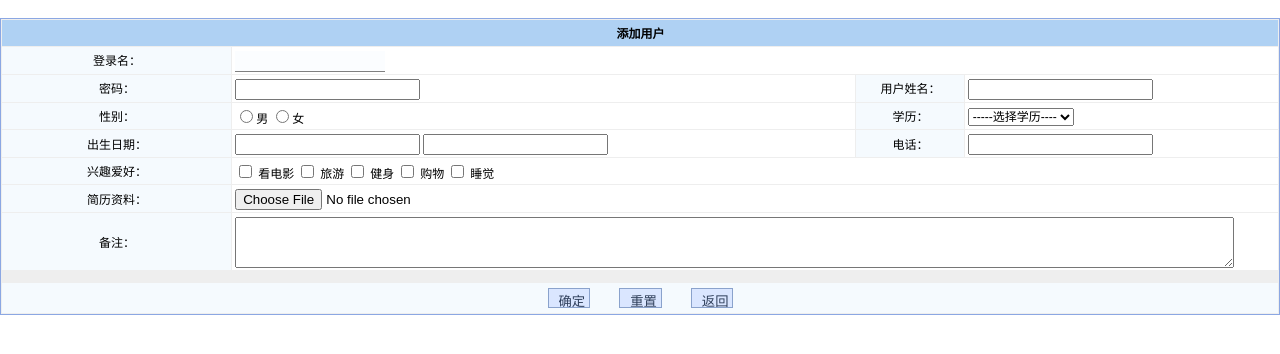
Repository: hermione-20/MyGitProjectRemote
Page: http://localhost/day28_01struts2final/user/add.jsp
These files come from the project's save history. The page is drawn as it stood at one moment and after the next save; the edit follows.
The browser window is 1280 px wide. The pictures show the whole page.
The page is served by Tomcat 9. Other server files are loaded and not shown.

Above is the page before, as saved 2020-05-13 01:01:29.

### day28_01struts2final/WebContent/user/add.jsp
<%@ page language="java" pageEncoding="UTF-8"%>
<%@taglib uri="/struts-tags" prefix="s" %>
<HTML>
	<HEAD>
		<meta http-equiv="Content-Language" content="zh-cn">
		<meta http-equiv="Content-Type" content="text/html; charset=UTF-8">
		<LINK href="${pageContext.request.contextPath}/css/Style.css" type="text/css" rel="stylesheet">
		<script type="text/javascript" src="${pageContext.request.contextPath}/js/public.js"></script>
		<script type="text/javascript" src="${pageContext.request.contextPath}/js/check.js"></script>
		<!-- 日期插件，使用jquery -->
		<script type="text/javascript" src="${pageContext.request.contextPath}/jquery/jquery-1.4.2.js"></script>
		<link rel="stylesheet" href="${pageContext.request.contextPath}/jquery/jquery.datepick.css" type="text/css">
		<script type="text/javascript" src="${pageContext.request.contextPath}/jquery/jquery.datepick.js"></script>
		<script type="text/javascript" src="${pageContext.request.contextPath}/jquery/jquery.datepick-zh-CN.js"></script>
	</HEAD>
	<script type="text/javascript">
		$(document).ready(function(){
			//使用class属性处理  'yy-mm-dd' 设置格式"yyyy/mm/dd"
			$('#birthday').datepick({dateFormat: 'yy-mm-dd'});
		});
	</script>
	<body>
	<s:form action="add" namespace="/user" enctype="multipart/form-data">
			&nbsp;
			<table cellSpacing="1" cellPadding="5" width="100%" align="center" bgColor="#eeeeee" style="border: 1px solid #8ba7e3" border="0">
				<tr>
					<td class="ta_01" align="center" bgColor="#afd1f3" colSpan="4"
						height="26">
						<strong><STRONG>添加用户</STRONG>
						</strong>
					</td>
				</tr>

				<tr>
					<td width="18%" align="center" bgColor="#f5fafe" class="ta_01">
						登录名：
					</td>
					<td class="ta_01" bgColor="#ffffff" colspan="3">
					<s:textfield name="logonName" cssClass="bg"></s:textfield>
					</td>
				</tr>
				<tr>
					<td align="center" bgColor="#f5fafe" class="ta_01">
						 密码：
					</td>
					<td class="ta_01" bgColor="#ffffff">
					<s:password name="logonPwd"></s:password>
					</td>
					<td align="center" bgColor="#f5fafe" class="ta_01">
						用户姓名：
					</td>
					<td class="ta_01" bgColor="#ffffff">
					<s:textfield name="userName" class="bg" ></s:textfield>
					</td>
				</tr>
				<tr>
					<td align="center" bgColor="#f5fafe" class="ta_01">
						性别：
					</td>
					<td class="ta_01" bgColor="#ffffff">
					<s:radio name="gender" list="{'男','女'}"></s:radio>
					</td>
					<td align="center" bgColor="#f5fafe" class="ta_01">
						学历：
					</td>
					<td class="ta_01" bgColor="#ffffff">
					<s:select name="education" list="{'研究生','本科','专科','高中','初中'}" headerKey="" headerValue="-----选择学历----"></s:select>
					</td>
				</tr>
				<tr>
					<td align="center" bgColor="#f5fafe" class="ta_01">
						出生日期：
					</td>
					<td class="ta_01" bgColor="#ffffff">
					<s:textfield name="birthday" size="20" readonly="readonly" id="birthday"></s:textfield>
						<input type="text" name="birthday" size="20" value="" readonly="readonly" id="birthday"/>
					</td>
					<td align="center" bgColor="#f5fafe" class="ta_01">
						电话：
					</td>
					<td class="ta_01" bgColor="#ffffff">
						<input type="text" name="telephone" value="" id="telephone"/>
					</td>
				</tr>
				<tr>
					<td align="center" bgColor="#f5fafe" class="ta_01">
						兴趣爱好：
					</td>
					<td class="ta_01" bgColor="#ffffff" colSpan="3">
						<input type="checkbox" name="interest" value="看电影" id="interest-1"/>
						<label for="interest-1" class="checkboxLabel">看电影</label>
						<input type="checkbox" name="interest" value="旅游" id="interest-2"/>
						<label for="interest-2" class="checkboxLabel">旅游</label>
						<input type="checkbox" name="interest" value="健身" id="interest-3"/>
						<label for="interest-3" class="checkboxLabel">健身</label>
						<input type="checkbox" name="interest" value="购物" id="interest-4"/>
						<label for="interest-4" class="checkboxLabel">购物</label>
						<input type="checkbox" name="interest" value="睡觉" id="interest-5"/>
						<label for="interest-5" class="checkboxLabel">睡觉</label>
						<input type="hidden" id="__multiselect_userAction_save_do_interest" name="__multiselect_interest" value="" />
					</td>
				</tr>
				<tr>
					<td align="center" bgColor="#f5fafe" class="ta_01">
						简历资料：
					</td>
					<td class="ta_01" bgColor="#ffffff" colSpan="3">
						<input type="file" name="upload" size="30" value="" id="userAction_save_do_upload"/>
					</td>
				</tr>
				<TR>
					<TD class="ta_01" align="center" bgColor="#f5fafe">
						备注：
					</TD>
					<TD class="ta_01" bgColor="#ffffff" colSpan="3">
						<textarea name="remark" cols="30" rows="3" id="userAction_save_do_remark" style="WIDTH: 96%"></textarea>
					</TD>
				</TR>
				<TR>
					<td align="center" colSpan="4" class="sep1">
						<img src="${pageContext.request.contextPath}/images/shim.gif">
					</td>
				</TR>


				<tr>
					<td class="ta_01" style="WIDTH: 100%" align="center"
						bgColor="#f5fafe" colSpan="4">
						<button type="submit" id="userAction_save_do_submit" name="submit" value="&#30830;&#23450;" class="button_ok">
							&#30830;&#23450;
						</button>

						<FONT face="宋体">&nbsp;&nbsp;&nbsp;&nbsp;&nbsp;&nbsp;&nbsp;</FONT>
						<button type="reset" value="&#37325;&#32622;" class="button_cancel">&#37325;&#32622;</button>

						<FONT face="宋体">&nbsp;&nbsp;&nbsp;&nbsp;&nbsp;&nbsp;&nbsp;</FONT>
						<INPUT class="button_ok" type="button" onclick="history.go(-1)" value="返回"/>
						<span id="Label1"></span>
					</td>
				</tr>
			</table>
		</s:form>
	</body>
</HTML>

### day28_01struts2final/WebContent/css/Style.css
body {
	background-color: #FFFFFF;
	margin-left: 0px;
	margin-top: 0px;
	margin-right: 0px;
	margin-bottom: 0px;
}
td,select  {
	font-size: 12px;
}
A.cl:link {
    font-size:12px;
	color: #000000;
    text-decoration:none;
}
A.cl:visited {
    font-size:12px;
	color: #000000;
    text-decoration:none;
}
A.cl:hover {
    font-size:12px;
	color: #cc0000;
	text-decoration:underline;
}
A.cl_01:link {
    font-size:12px;
	color: #000066;
    text-decoration:none;
}
A.cl_01:visited {
    font-size:12px;
	color: #000066;
    text-decoration:none;
}
A.cl_01:hover {
    font-size:12px;
	color: #0066CC;
	text-decoration:underline;
}
.bt_01 {
	line-height: 155%;
	color: #FFFFFF;
	padding-left: 15px;
	padding-bottom: 10px;
}

.box04 {
	font-size: 12px;
	padding-top: 7px;
	padding-left: 16px;
	background-color: #88A5DF;
	border-top-width: 1px;
	border-right-width: 1px;
	border-bottom-width: 1px;
	border-left-width: 1px;
	border-top-style: solid;
	border-right-style: solid;
	border-bottom-style: solid;
	border-left-style: solid;
	border-top-color: #7798DC;
	border-right-color: #2C416B;
	border-bottom-color: #2C416B;
	border-left-color: #7798DC;
	padding-bottom: 4px;
}
.box01 {
	font-size: 12px;
	color: #000000;
	border-top-width: 1px;
	border-right-width: 1px;
	border-bottom-width: 1px;
	border-left-width: 1px;
	border-right-style: solid;
	border-bottom-style: solid;
	border-left-style: solid;
	border-top-color: #EDF8FF;
	border-right-color: #8099B2;
	border-bottom-color: #8099B2;
	border-left-color: #EDF8FF;
	background-color: #B2CFED;
	padding-top: 7px;
	padding-left: 16px;
	border-top-style: solid;
	padding-bottom: 4px;
}
.box05 {
	font-size: 12px;
	padding-top: 5px;
	padding-left: 30px;
	border-bottom-width: 1px;
	border-bottom-style: solid;
	border-bottom-color: #B2CFED;
	border-right-width: 1px;
	border-right-style: solid;
	border-right-color: #F4F9FF;
	padding-bottom: 3px;
	background-color: #EDF8FF;
}
.box06 {
	font-size: 12px;
	background-color: #EDF6FF;
	padding-top: 5px;
	padding-left: 30px;
	border-bottom-width: 1px;
	border-bottom-style: solid;
	border-bottom-color: #ADAEAD;
	padding-bottom: 3px;

}
.bottom {
	color: #000066;
}
A.cl_02:link {
    font-size:12px;
	color: #CC0000;
    text-decoration:underline;
}
A.cl_02:visited {
    font-size:12px;
	color: #CC0000;
    text-decoration:underline;
}
A.cl_02:hover {
    font-size:12px;
	color: #CC0000;
	text-decoration:none;
}
.top {
	padding-top: 4px;
	padding-bottom: 2px;
	font-weight: bold;
	background-color: #AFD1F3;
	border-top-width: 1px;
	border-right-width: 1px;
	border-bottom-width: 1px;
	border-left-width: 1px;
	border-top-style: solid;
	border-right-style: solid;
	border-bottom-style: solid;
	border-left-style: solid;
	border-top-color: #E3EFFB;
	border-right-color: #7990A8;
	border-bottom-color: #7990A8;
	border-left-color: #E3EFFB;
}
.ta_01 {
	padding-top: 4px;
	padding-bottom: 2px;
	padding-right: 2px;
	padding-left: 3px;
	line-height: 135%;
}

A:link {
    font-size:12px;
	color: #000000;
    text-decoration:none;
}
A:visited {
    font-size:12px;
	color: #000000;
    text-decoration:none;
}
A.eq:hover {
    font-size:12px;
	color: #0066FF;
	text-decoration:underline;
}
A.eq:link {
    font-size:12px;
	color: #000000;
    text-decoration:underline;
}
A.eq:visited {
    font-size:12px;
	color: #000000;
    text-decoration:underline;
}
A.eq:hover {
    font-size:12px;
	color: #0066FF;
	text-decoration:underline;
}
.bg {
	border-top:0px ;
	border-left:0px ;
	border-right:0px ;
	border-bottom: solid 1px gray;
	background-color: #FBFDFF;
	height:21px ;
	width:150px;
}
.button {
	background-color: #DAE6FF;
	margin: 1px;
	padding: 0px 2px 0px 2px;
	border: 1px solid #8AA2CC;
	color: #333333;
	cursor: hand;
	/*
	left: 10px;
	top: 10px;
	right: 0px;
	bottom: 10px;
	clip:  rect(10px 10px 10px 10px);
	*/
	height: 18px;
}
.button_ok {
	background-color: #DAE6FF;
	margin: 1px;
	padding: 2px 4px 2px 10px;
	border: 1px solid #8AA2CC;
	background-attachment: fixed;
	background-image: url(../images/button_ok.gif);
	background-repeat: no-repeat;
	background-position: left center;
	color: #2F3F5B;
	cursor: hand;
	text-align: right;
	left: 10px;
	top: 10px;
	right: 0px;
	bottom: 10px;
	clip:  rect(10px 10px 10px 10px);
	height: 20px;
}
.button_cancel {
	background-color: #DAE6FF;
	margin: 1px;
	padding: 2px 4px 2px 10px;
	border: 1px solid #8AA2CC;
	background-attachment: fixed;
	background-image: url(../images/button_cancel.gif);
	background-repeat: no-repeat;
	background-position: left center;
	color: #2F3F5B;
	cursor: hand;
	text-align: right;
	left: 10px;
	top: 10px;
	right: 0px;
	bottom: 10px;
	clip:  rect(10px 10px 10px 10px);
	height: 20px;
}
.button_help {
	background-color: #DAE6FF;
	margin: 1px;
	padding: 2px 4px 2px 10px;
	border: 1px solid #8AA2CC;
	background-attachment: fixed;
	background-image: url(../images/button_help.gif);
	background-repeat: no-repeat;
	background-position: left center;
	color: #2F3F5B;
	cursor: hand;
	text-align: right;
	left: 10px;
	top: 10px;
	right: 0px;
	bottom: 10px;
	clip:  rect(10px 10px 10px 10px);
	height: 20px;
}
.button_exit {
	background-color: #DAE6FF;
	margin: 1px;
	padding: 2px 4px 2px 10px;
	border: 1px solid #8AA2CC;
	background-attachment: fixed;
	background-image: url(../images/button_search.gif);
	background-repeat: no-repeat;
	background-position: left center;
	color: #2F3F5B;
	cursor: hand;
	text-align: right;
	left: 10px;
	top: 10px;
	right: 0px;
	bottom: 10px;
	clip:  rect(10px 10px 10px 10px);
	height: 20px;
	.button_search {
	background-color: #DAE6FF;
	margin: 1px;
	padding: 2px 4px 2px 10px;
	border: 1px solid #8AA2CC;
	background-attachment: fixed;
	background-image: url(../images/button_exit.gif);
	background-repeat: no-repeat;
	background-position: left center;
	color: #2F3F5B;
	cursor: hand;
	text-align: right;
	left: 10px;
	top: 10px;
	right: 0px;
	bottom: 10px;
	clip:  rect(10px 10px 10px 10px);
	height: 20px;
}
.button_view {
	background-color: #DAE6FF;
	margin: 1px;
	padding: 2px 4px 2px 10px;
	border: 1px solid #8AA2CC;
	background-attachment: fixed;
	background-image: url(../images/button_view.gif);
	background-repeat: no-repeat;
	background-position: left center;
	color: #2F3F5B;
	cursor: hand;
	text-align: right;
	left: 10px;
	top: 10px;
	right: 0px;
	bottom: 10px;
	clip:  rect(10px 10px 10px 10px);
	height: 20px;
}
.button_add {
	background-color: #DAE6FF;
	margin: 1px;
	padding: 2px 4px 2px 10px;
	border: 1px solid #8AA2CC;
	background-attachment: fixed;
	background-image: url(../images/button_add.gif);
	background-repeat: no-repeat;
	background-position: left center;
	color: #2F3F5B;
	cursor: hand;
	text-align: right;
	left: 10px;
	top: 10px;
	right: 0px;
	bottom: 10px;
	clip:  rect(10px 10px 10px 10px);
	height: 20px;
}
.button_del {
	background-color: #DAE6FF;
	margin: 1px;
	padding: 2px 4px 2px 10px;
	border: 1px solid #8AA2CC;
	background-attachment: fixed;
	background-image: url(../images/button_del.gif);
	background-repeat: no-repeat;
	background-position: left center;
	color: #2F3F5B;
	cursor: hand;
	text-align: right;
	left: 10px;
	top: 10px;
	right: 0px;
	bottom: 10px;
	clip:  rect(10px 10px 10px 10px);
	height: 20px;
}
.button_print {
	background-color: #DAE6FF;
	margin: 1px;
	padding: 2px 4px 2px 10px;
	border: 1px solid #8AA2CC;
	background-attachment: fixed;
	background-image: url(../images/button_print.gif);
	background-repeat: no-repeat;
	background-position: left center;
	color: #2F3F5B;
	cursor: hand;
	text-align: right;
	left: 10px;
	top: 10px;
	right: 0px;
	bottom: 10px;
	clip:  rect(10px 10px 10px 10px);
	height: 20px;
}
.button_modi {
	background-color: #DAE6FF;
	margin: 1px;
	padding: 2px 4px 2px 10px;
	border: 1px solid #8AA2CC;
	background-attachment: fixed;
	background-image: url(../images/button_modi.gif);
	background-repeat: no-repeat;
	background-position: left center;
	color: #2F3F5B;
	cursor: hand;
	text-align: right;
	left: 10px;
	top: 10px;
	right: 0px;
	bottom: 10px;
	clip:  rect(10px 10px 10px 10px);
	height: 20px;
}
.button_save {
	background-color: #DAE6FF;
	margin: 1px;
	padding: 2px 4px 2px 10px;
	border: 1px solid #8AA2CC;
	background-attachment: fixed;
	background-image: url(../images/button_save.gif);
	background-repeat: no-repeat;
	background-position: left center;
	color: #2F3F5B;
	cursor: hand;
	text-align: right;
	left: 10px;
	top: 10px;
	right: 0px;
	bottom: 10px;
	clip:  rect(10px 10px 10px 10px);
	height: 20px;
}
.button_alert {
	background-color: #DAE6FF;
	margin: 1px;
	padding: 2px 4px 2px 10px;
	border: 1px solid #8AA2CC;
	background-attachment: fixed;
	background-image: url(../images/button_alert.gif);
	background-repeat: no-repeat;
	background-position: left center;
	color: #2F3F5B;
	cursor: hand;
	text-align: right;
	left: 10px;
	top: 10px;
	right: 0px;
	bottom: 10px;
	clip:  rect(10px 10px 10px 10px);
	height: 20px;
}
.button_clock {
	background-color: #DAE6FF;
	margin: 1px;
	padding: 2px 4px 2px 10px;
	border: 1px solid #8AA2CC;
	background-attachment: fixed;
	background-image: url(../images/button_clock.gif);
	background-repeat: no-repeat;
	background-position: left center;
	color: #2F3F5B;
	cursor: hand;
	text-align: right;
	left: 10px;
	top: 10px;
	right: 0px;
	bottom: 10px;
	clip:  rect(10px 10px 10px 10px);
	height: 20px;
}
.button_close {
	background-color: #DAE6FF;
	margin: 1px;
	padding: 2px 4px 2px 10px;
	border: 1px solid #8AA2CC;
	background-attachment: fixed;
	background-image: url(../images/button_close.gif);
	background-repeat: no-repeat;
	background-position: left center;
	color: #2F3F5B;
	cursor: hand;
	text-align: right;
	left: 10px;
	top: 10px;
	right: 0px;
	bottom: 10px;
	clip:  rect(10px 10px 10px 10px);
	height: 20px;
}
.button_phone01 {
	background-color: #DAE6FF;
	margin: 1px;
	padding: 2px 4px 2px 10px;
	border: 1px solid #8AA2CC;
	background-attachment: fixed;
	background-image: url(../images/button_phone01.gif);
	background-repeat: no-repeat;
	background-position: left center;
	color: #2F3F5B;
	cursor: hand;
	text-align: right;
	left: 10px;
	top: 10px;
	right: 0px;
	bottom: 10px;
	clip:  rect(10px 10px 10px 10px);
	height: 20px;
}
.button_dire {
	background-color: #DAE6FF;
	margin: 1px;
	padding: 2px 4px 2px 10px;
	border: 1px solid #8AA2CC;
	background-attachment: fixed;
	background-image: url(../images/hotel_dire_arrowc.jpg);
	background-repeat: no-repeat;
	background-position: left center;
	color: #2F3F5B;
	cursor: hand;
	text-align: right;
	left: 10px;
	top: 10px;
	right: 0px;
	bottom: 10px;
	clip:  rect(10px 10px 10px 10px);
	height: 20px;
}
.NextLine
{
	word-break:break-all;word-wrap:break-word;
}
.test
{
	BACKGROUND-IMAGE: url(../images/aaa.gif); HEIGHT: 25px;

}
.optionOff
{
	color:#909090;
	background-image:url(../images/optionbgOff.gif);
	background-position:right;
	background-repeat:no-repeat;
	border-left:1px solid #a0a0a0;
	text-align:center;
	width:110px;
	cursor:hand;
}
.optionOn {
	color:#1E6BAE;
	background-image:url(../images/optionbgOn.gif);
	background-position:right;
	background-repeat:no-repeat;
	border-left:1px solid #808080;
	text-align:center;
	font-weight:bold;
	width:110px;
	cursor:hand;
}
.optionOff A,.optionOff A:link,.optionOff A:visited,.optionOff A:hover,.optionOff A:active {
	color:#909090;
	text-decoration:none;
}
.optionOn A,.optionOn A:link,.optionOn A:visited,.optionOn A:hover,.optionOn A:active {
	color:#1E6BAE;
	text-decoration:none;
}
.tbodyhidden {
	display:none;
}
.xscroll {
	overflow-x:auto;
	height:auto;
	SCROLLBAR-FACE-COLOR: #E0F0FC;
	SCROLLBAR-SHADOW-COLOR: #EAF5FD;
	SCROLLBAR-3DLIGHT-COLOR: #808080;
	SCROLLBAR-ARROW-COLOR: #808080;
	SCROLLBAR-DARKSHADOW-COLOR:#808080;
	buttonface: #666666;
}
.xscrollhidden {
	overflow-x:auto;
	display:none;
	SCROLLBAR-FACE-COLOR: #E0F0FC;
	SCROLLBAR-SHADOW-COLOR: #EAF5FD;
	SCROLLBAR-3DLIGHT-COLOR: #808080;
	SCROLLBAR-ARROW-COLOR: #808080;
	SCROLLBAR-DARKSHADOW-COLOR:#808080;
	buttonface: #666666;
}
.sep1 {
	padding:0px;
	background-color:#AFD1F3;
}
.grouptitle {
	background-color:#E0F0FC;
	color: #5580D7;
}
.bodyscroll {
	SCROLLBAR-FACE-COLOR: #f6f6f6;
	SCROLLBAR-SHADOW-COLOR: #8099B2;
	SCROLLBAR-3DLIGHT-COLOR: #8099B2;
	SCROLLBAR-ARROW-COLOR: #8099B2;
	SCROLLBAR-DARKSHADOW-COLOR:#cccccc;
	buttonface: #f6f6f6;
}

### day28_01struts2final/WebContent/js/check.js

function CheckNull(strElem,strName)
{
	if(document.getElementById(strElem).value == "")
	{
		window.alert(strName + " 槨극輕淃");
		document.getElementById(strElem).focus();
		return false;
	}

	return true;
}
function CheckMustNum(strElem,strName)
{
	if( document.getElementById(strElem).value == "" || isNaN(document.getElementById(strElem).value))
	{
		window.alert(strName + " 槨극輕淃할극伎角鑒令謹");
		document.getElementById(strElem).focus();
		return false;
	}
	return true;
}
function CheckNum(strElem,strName)
{
	if(isNaN(document.getElementById(strElem).value))
	{
		window.alert(strName + " 극伎角鑒令謹");
		document.getElementById(strElem).focus();
		return false;
	}
	return true;
}
function CheckNumber(strElem,strName)
{
	var str = document.getElementById(strElem).value ;
	for(var i=0;i<str.length;i++)
	{
		var strTmp = str.charAt(i) ;
		if(strTmp < "0" || strTmp > "9")
		{
			window.alert(strName + " 극伎角憐鑒");
			document.getElementById(strElem).focus();
			return false;
		}
	}
	return true ;
}
//怜콘渴흙櫓匡俚
function CheckChinese(strElem,strName)
{
	var str = document.getElementById(strElem).value ;
	for(var i=0;i<str.length;i++)
	{
		var strTmp = str.charAt(i) ;

		if(document.getElementById(strElem).value.indexOf('0123456789qwertyuiopasdfghjklzxcvbnm') != -1)
		{
			window.alert(strName + " 怜콘輕畇櫓匡");
			document.getElementById(strElem).focus();
			return false;
		}
	}
	return true ;
}
//怜콘渴흙櫓匡뵨亶匡
function CheckEC(strElem,strName)
{
	var str = document.getElementById(strElem).value ;
	for(var i=0;i<str.length;i++)
	{
		var strTmp = str.charAt(i) ;

		if(document.getElementById(strElem).value.indexOf('0123456789!@#$%^&*()~`,./;') != -1)
		{
			window.alert(strName + " 怜콘輕畇櫓匡뵨亶匡");
			document.getElementById(strElem).focus();
			return false;
		}
	}
	return true ;
}

function CheckEmail(strElem,strName)
{
	if(document.getElementById(strElem).value.indexOf('@') == -1)
	{
		window.alert("헝渴흙攣횅돨 " + strName);
		document.getElementById(strElem).focus();
		return false;
	}
	return true;
}

function CheckMustDate(strElem,strName)
{
	if(CommCheckDate(document.getElementById(strElem).value))
	{
		return true;
	}
	else
	{
		window.alert(strName + " 角극輕淃할槨휑퍅謹,절:1900-01-01");
		document.getElementById(strElem).focus();
		return false
	}
}
function CheckDate(strElem,strName)
{
	if(document.getElementById(strElem).value == "")
	{
		return true;
	}
	if(CommCheckDate(document.getElementById(strElem).value))
	{
		return true;
	}
	else
	{
		window.alert(strName + " 극伎角휑퍅謹,절:1900-01-01");
		document.getElementById(strElem).focus();
		return false
	}
}
function CommCheckDate(strValue)
{
	var objRegExp = /^\d{4}(\-)\d{1,2}\1\d{1,2}$/
	if(!objRegExp.test(strValue))
	{
		return false;
	}
	//
	var arrayDate = strValue.split(RegExp.$1);
	var intDay = parseInt(arrayDate[2],10);
	var intYear = parseInt(arrayDate[0],10);
	var intMonth = parseInt(arrayDate[1],10);
	switch(intMonth)
	{
		case 1:
			if(intDay <= 31 && intDay >0)
			{
				return true;
			}
		case 3:
			if(intDay <= 31 && intDay >0)
			{
				return true;
			}
		case 5:
			if(intDay <= 31 && intDay >0)
			{
				return true;
			}
		case 7:
			if(intDay <= 31 && intDay >0)
			{
				return true;
			}
		case 8:
			if(intDay <= 31 && intDay >0)
			{
				return true;
			}
		case 10:
			if(intDay <= 31 && intDay >0)
			{
				return true;
			}
		case 12:
			if(intDay <= 31 && intDay >0)
			{
				return true;
			}
		case 4:
			if(intDay <=30 && intDay >0)
			{
				return true;
			}
		case 6:
			if(intDay <=30 && intDay >0)
			{
				return true;
			}
		case 9:
			if(intDay <=30 && intDay >0)
			{
				return true;
			}
		case 11:
			if(intDay <=30 && intDay >0)
			{
				return true;
			}
		case 2:
			var booLeapYear = (intYear % 4 == 0 && (intYear % 100 != 0 || intYear % 400 == 0));
			if( ((booLeapYear && intDay <= 29) || (!booLeapYear && intDay <=28)) && intDay >0)
			{
				return true;
			}
		default:
			return false;
	}
	return false;
}

function CompareDate(SmallDate,BigDate)
{
	var intSmallYearLen = SmallDate.indexOf('-');
	var intBigYearLen = BigDate.indexOf('-');

	if(intSmallYearLen==-1 || intBigYearLen==-1)
	{
		return true;
	}

	var strSmallYear = parseInt(SmallDate.substring(0,intSmallYearLen));
	var strBigYear = parseInt(BigDate.substring(0,intBigYearLen));
	if(strSmallYear > strBigYear)
	{
		return false;
	}
	else if(strSmallYear < strBigYear)
	{
		return true;
	}
	else if(strSmallYear == strBigYear)
	{
		var intSmallMonthLen = SmallDate.indexOf('-',5);
		var intBigMonthLen = BigDate.indexOf('-',5);
		var strSmallMonth = parseInt(SmallDate.substring(intSmallYearLen+1,intSmallMonthLen));
		var strBigMonth = parseInt(BigDate.substring(intBigYearLen+1,intBigMonthLen));
		if(strSmallMonth > strBigMonth)
		{
			return false;
		}
		else if(strSmallMonth < strBigMonth)
		{
			return true;
		}
		else if(strSmallMonth == strBigMonth)
		{
			if(SmallDate.indexOf(':')>0)
			{
				SmallDate = SmallDate.substring(0,SmallDate.length-8);
			}
			if(BigDate.indexOf(':')>0)
			{
				BigDate = BigDate.substring(0,BigDate.length-8);
			}
			var intSmallDay = SmallDate.lastIndexOf('-')+1;
			var intBigDay = BigDate.lastIndexOf('-')+1;
			var strSmallDay = parseInt(SmallDate.substring(intSmallDay,SmallDate.length));
			var strBigDay = parseInt(BigDate.substring(intBigDay,BigDate.length));
			if(strSmallDay > strBigDay || strSmallDay == strBigDay)
			{
				return false;
			}
			else
			{
				return true;
			}
		}
	}

}

Loaded but not shown: day28_01struts2final/WebContent/js/public.js (common file); day28_01struts2final/WebContent/jquery/jquery-1.4.2.js (library); day28_01struts2final/WebContent/jquery/jquery.datepick.css (library); day28_01struts2final/WebContent/jquery/jquery.datepick.js (library); day28_01struts2final/WebContent/jquery/jquery.datepick-zh-CN.js (no copy from this time; the picture is the same without it)

After the next save:
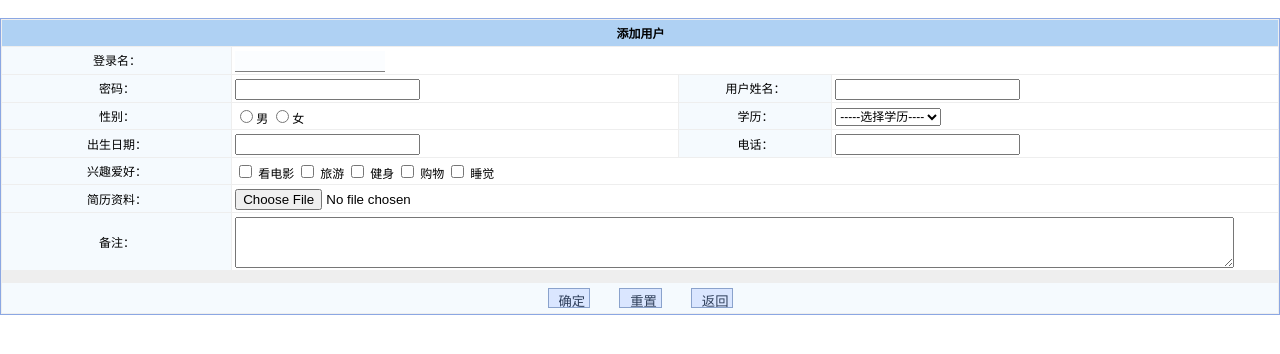
Saved 3 min 1 s later.
--- a/day28_01struts2final/WebContent/user/add.jsp
+++ b/day28_01struts2final/WebContent/user/add.jsp
@@ -73,13 +73,12 @@
 					</td>
 					<td class="ta_01" bgColor="#ffffff">
 					<s:textfield name="birthday" size="20" readonly="readonly" id="birthday"></s:textfield>
-						<input type="text" name="birthday" size="20" value="" readonly="readonly" id="birthday"/>
 					</td>
 					<td align="center" bgColor="#f5fafe" class="ta_01">
 						电话：
 					</td>
 					<td class="ta_01" bgColor="#ffffff">
-						<input type="text" name="telephone" value="" id="telephone"/>
+					<s:textfield name="telephone"></s:textfield>
 					</td>
 				</tr>
 				<tr>
@@ -87,17 +86,7 @@
 						兴趣爱好：
 					</td>
 					<td class="ta_01" bgColor="#ffffff" colSpan="3">
-						<input type="checkbox" name="interest" value="看电影" id="interest-1"/>
-						<label for="interest-1" class="checkboxLabel">看电影</label>
-						<input type="checkbox" name="interest" value="旅游" id="interest-2"/>
-						<label for="interest-2" class="checkboxLabel">旅游</label>
-						<input type="checkbox" name="interest" value="健身" id="interest-3"/>
-						<label for="interest-3" class="checkboxLabel">健身</label>
-						<input type="checkbox" name="interest" value="购物" id="interest-4"/>
-						<label for="interest-4" class="checkboxLabel">购物</label>
-						<input type="checkbox" name="interest" value="睡觉" id="interest-5"/>
-						<label for="interest-5" class="checkboxLabel">睡觉</label>
-						<input type="hidden" id="__multiselect_userAction_save_do_interest" name="__multiselect_interest" value="" />
+					<s:checkboxlist name="hobby" list="{'看电影','旅游','健身','购物','睡觉'}"></s:checkboxlist>
 					</td>
 				</tr>
 				<tr>
@@ -105,7 +94,7 @@
 						简历资料：
 					</td>
 					<td class="ta_01" bgColor="#ffffff" colSpan="3">
-						<input type="file" name="upload" size="30" value="" id="userAction_save_do_upload"/>
+					<s:file name="upload" size="30"></s:file>
 					</td>
 				</tr>
 				<TR>
